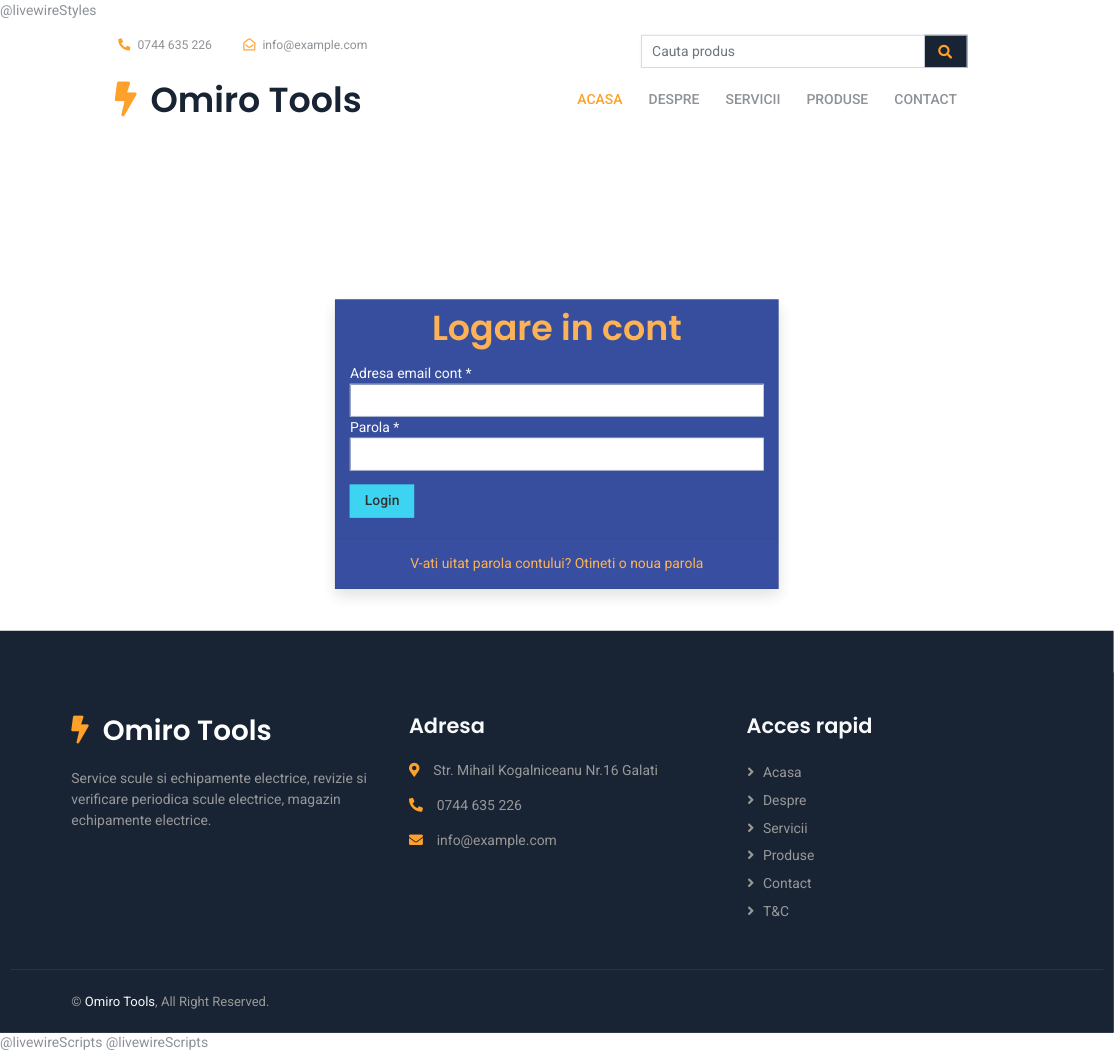
Repository: sorina0109/laravel_test
Page: http://localhost/login
These files come from the project's save history. The page is drawn as it stood at one moment and after the next save; the edit follows.
The browser window is 1280 px wide. The pictures show the whole page, at 87% of full size.
Some web libraries are served in a nearby version. The page is served by the project's Laravel application, run on PHP 8.4 with Laravel 10.

Above is the page before, as saved 2023-08-15 15:05:33.

After the next save:
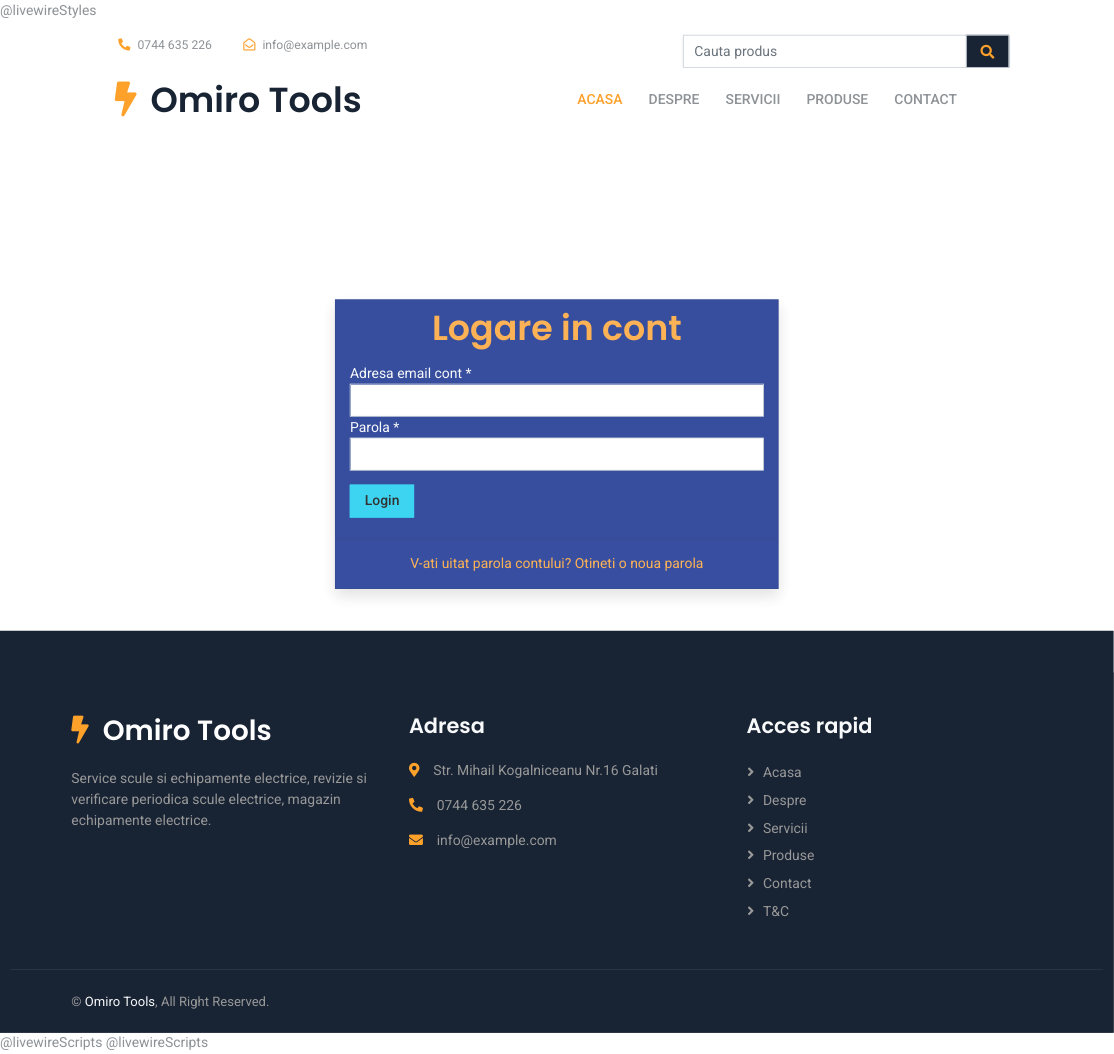
Saved 18 s later.
--- a/resources/views/front/partials/topbar.blade.php
+++ b/resources/views/front/partials/topbar.blade.php
@@ -15,7 +15,7 @@
                 <small>Luni - Vineri : 08.30 - 17.30</small>
             </div>
         </div>
-        <div class="col-lg-6 d-none d-lg-block text-center px-5 pt-3" >
+        <div class="col-lg-6 d-none d-lg-block text-end px-5 pt-3" >
             <form style="display: inline-block;" action="{{ route('search') }}" method="GET" id="search-bar">
                 <div class="input-group shadow-sm" style="width: 375px;">
                     <input name="search_product" type="text" class="form-control " placeholder="Cauta produs" >
